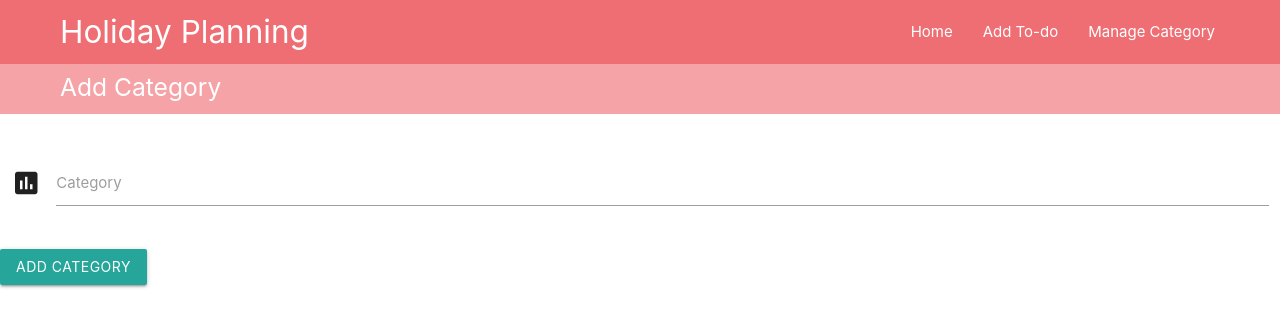
Repository: Code-Institute-Submissions/Project3-Holiday_Planning
Page: http://localhost/add_category
The author's editor kept a record of every edit. The page is drawn from the files as they stood at one moment, then again after the next edit.
The browser window is 1280 px wide. The pictures show the whole page.
The page is served by the project's application, run on Flask 3 (app.py).

Above is the page before.

### templates/addCategory.html
{% extends 'layout.html' %} {% block content %}


<div class="add_category">
    <h5>Add Category</h5>
</div>


<div class="row">
    <div class="col left_margin"></div>
    <div class="row to_do">
    <form action ="{{url_for('insert_category')}}" method="POST" class="col>


    <div class="row">
        <div class="input-field col s12">
            <i class="material-icons prefix">poll</i>
            <input id = "category_name" name="category_name" type="text" class="validate">
            <label for="category_name">Category</label>
        </div>
    </div>

    <div class="row">
        <button class="waves-effect waves-light btn" type="submit" name="action">Add Category</button>
    </div>

    </form>
</div>

{% endblock%}

### templates/layout.html
<!DOCTYPE html>
<html>

<head>
        <link href="https://fonts.googleapis.com/icon?family=Material+Icons" rel="stylesheet">
        <link rel="stylesheet" href="https://cdnjs.cloudflare.com/ajax/libs/materialize/1.0.0/css/materialize.min.css">
        <link rel="stylesheet" href="{{url_for('static', filename='css/style.css')}}" type="text/css"/>
</head>


<body>
    <header>
        <nav>
            <div class="nav-wrapper">
                <a href="{{url_for('get_todos')}}" class="brand-logo">Holiday Planning</a>
                <a href="#" data-target="mobile-demo" class="sidenav-trigger"><i class="material-icons">menu</i></a>

                <ul id="nav-mobile" class="right hide-on-med-and-down">
                    <li><a href="{{url_for('get_todos')}}">Home</a></li>
                    <li><a href="{{url_for('add_todo')}}">Add To-do</a></li>
                    <li><a href="{{url_for('get_category')}}">Manage Category</a></li>
                </ul>
                </div>
                </nav>
                <!--extended hamburger navbar added for mobile-->
                <ul class="sidenav" id="mobile-demo">
                    <li><a href="{{url_for('get_todos')}}">Home</a></li>
                    <li><a href="{{url_for('add_todo')}}">Add To-do</a></li>
                    <li><a href="{{url_for('get_category')}}">Manage Category</a></li>
                </ul>


    </header>

    <div>
        {% block content %} {% endblock %}
    </div>


    <script src="https://cdnjs.cloudflare.com/ajax/libs/jquery/3.4.1/jquery.min.js"></script>
    <!--<script type="text/javascript" src="https://code.jquery.com/jquery-2.1.1.min.js"></script>-->
    <script src="https://cdnjs.cloudflare.com/ajax/libs/materialize/1.0.0/js/materialize.min.js"></script>


    <!--to perform the collapsible, datepicker and select option function-->
    <script type="text/javascript">
        $(document).ready(function(){
            $('.collapsible').collapsible();
            $('.datepicker').datepicker({
                format:'dd/mm/yyyy'
            });
            $('select').formSelect();
            $('.sidenav').sidenav();
            $('.dropdown-trigger').dropdown();

        });

    </script>


        {%block extra_js%}{%endblock%}
</body>

</html>

### app.py
import os
from flask import Flask, render_template, redirect, request, url_for
from flask_pymongo import PyMongo
from bson.objectid import ObjectId


app = Flask(__name__)
app.config["MONGO_DBNAME"] = 'holiday_planning'
app.config["MONGO_URI"] = os.getenv("MONGO_URI")
mongo = PyMongo(app)



# T1 - Fetch data in mongodb pass it back to todos.html
@app.route('/')
def get_todos():
    critera= {}
    category = request.args.get('category')

    if category and category != 'All Category':
        critera['category_name'] = category
    else:
        category = 'All Category'

    todos=mongo.db.todos.find(critera)
    print(todos)
    return render_template("todos.html",
                           todos=todos, category_name=category)



# T2 & T3 - After add_todo, must follow by insert_todo
@app.route('/add_todo')
def add_todo():
    return render_template('addTodo.html',
                            category=mongo.db.category.find())


@app.route('/insert_todo', methods=['POST'])
def insert_todo():
    todos = mongo.db.todos
    todos.insert_one(request.form.to_dict())
    return redirect(url_for('get_todos'))



# T4 & T5 - After edit_todo, must follow by update_todo
@app.route('/edit_todo/<todo_id>')
def edit_todo(todo_id):
    the_todo =  mongo.db.todos.find_one({"_id": ObjectId(todo_id)})
    all_category =  mongo.db.category.find()
    return render_template('editTodo.html', todo=the_todo,
                           category=all_category)


@app.route('/update_todo/<todo_id>', methods=["POST"])
def update_todo(todo_id):
    todos = mongo.db.todos
    todos.update( {'_id': ObjectId(todo_id)},
    {
        'category_name':request.form.get('category_name'),
        'todo_title':request.form.get('todo_title'),
        'todo_description': request.form.get('todo_description'),
        'person_in-charge': request.form.get('person_in-charge'),
        'website': request.form.get('website'),
        'due_date': request.form.get('due_date'),
        'is_urgent':request.form.get('is_urgent')
    })
    return redirect(url_for('get_todos'))


# T6 - Delete todo from the get_todos page
@app.route('/delete_todo/<todo_id>')
def delete_todo(todo_id):
    mongo.db.todos.remove({'_id': ObjectId(todo_id)})
    return redirect(url_for('get_todos'))



# CATEGORY

# C1 - Function to fetch all our data in mongodb pass it back to category.html
@app.route('/get_category')
def get_category():
    return render_template("category.html",
                            category=mongo.db.category.find())



# C2 & C3 - After add_category, must follow by insert_category
@app.route('/add_category')
def add_category():
    return render_template('addCategory.html')


@app.route('/insert_category', methods=['POST'])
def insert_category():
    category_doc = {'category_name': request.form.get('category_name')}
    mongo.db.category.insert_one(category_doc)
    return redirect(url_for('get_category'))



# C4 & C5 - After edit_category, must follow by update_category
@app.route('/edit_category/<category_id>')
def edit_category(category_id):
    return render_template('editCategory.html',
    category=mongo.db.category.find_one({'_id': ObjectId(category_id)}))


@app.route('/update_category/<category_id>', methods=['POST'])
def update_category(category_id):
    mongo.db.category.update(
        {'_id': ObjectId(category_id)},
        {'category_name': request.form.get('category_name')})
    return redirect(url_for('get_category'))



# C6 - Delete category from the Manage Category page
@app.route('/delete_category/<category_id>')
def delete_category(category_id):
    mongo.db.category.remove({'_id': ObjectId(category_id)})
    return redirect(url_for('get_category'))



# Boiler plate - must include at the end of app.py
if __name__ == '__main__':
    app.run(host=os.environ.get('IP'),
            port=int(os.environ.get('PORT')),
            debug=True)

### static/css/style.css
.nav-wrapper,
h5{
    margin: 0px;
    padding:0px 50px 0px 60px;
    color: white;
}


.brand-logo{
    padding:0px 50px 0px 80px;
}


.btn_small {
    height: 24px;
    width: 60px;
    line-height: 24px;
    margin: 5px 100px;
    padding: 0px 100px;
}


.divider{
    width:6px;
    border:none;
}


.to_do_list,
.add_to_do,
.edit_to_do,
.category,
.add_category,
.edit_category
{
    height:45px;
    background-color: #f5a3a7;
    padding-top: 10px;
    margin-bottom: 30px;
    padding-bottom: 40px;
}


/*Task*/
.content_container{
    border :none;
    box-shadow: none;
}


.category_side{
    width: 40px;
}



.left_margin{
    margin-left: 35px;
}


.button_margin{
    margin-left: 50px;
}


.width{
    width: 45px;
}


.ul_style{
    padding: 0px;
    margin: 0px;
}

After the next edit:
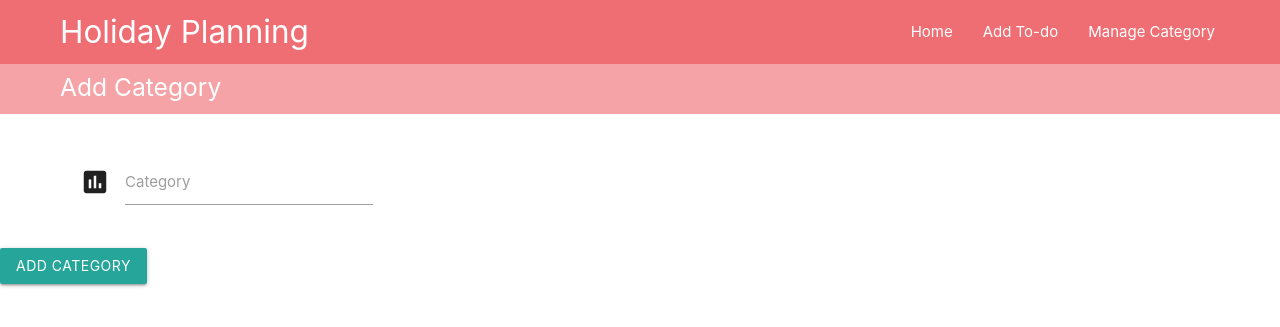
The edit:
--- a/templates/addCategory.html
+++ b/templates/addCategory.html
@@ -9,7 +9,7 @@
 <div class="row">
     <div class="col left_margin"></div>
     <div class="row to_do">
-    <form action ="{{url_for('insert_category')}}" method="POST" class="col>
+    <form action ="{{url_for('insert_category')}}" method="POST" class="col s12>
 
 
     <div class="row">
